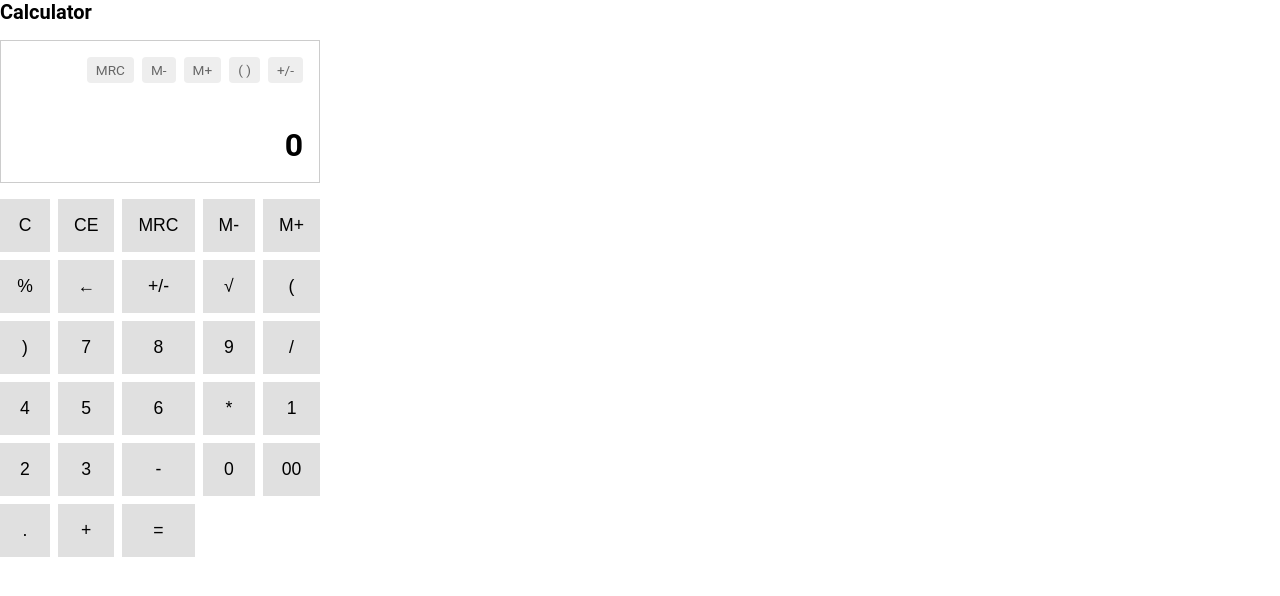
Repository: Denis793/CalculatorNew
Page: index.html
These files come from the project's save history. The page is drawn as it stood at one moment and after the next save; the edit follows.
The browser window is 1280 px wide. The pictures show the whole page.
The style sheet was rebuilt from its Sass, Less or Tailwind sources for each picture, by a compiler version that may differ from the author's.

Above is the page before, as saved 2025-05-17 17:20:19.

After the next save:
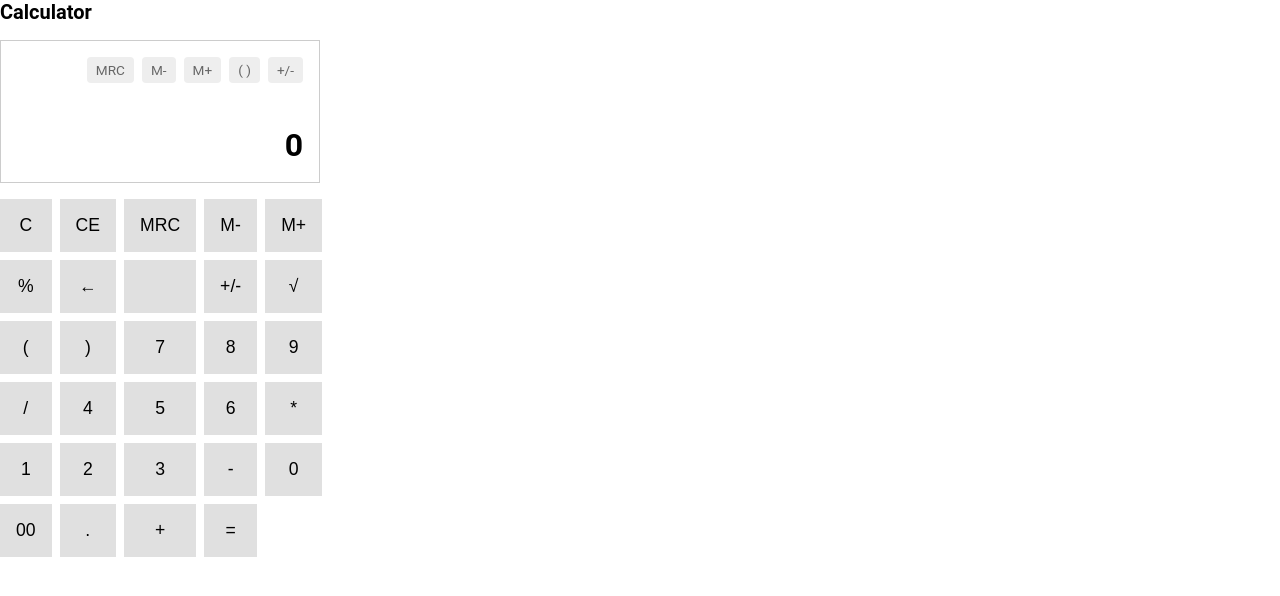
Saved 69 s later.
--- a/index.html
+++ b/index.html
@@ -32,6 +32,7 @@
       <button class="button">M+</button>
       <button class="button">%</button>
       <button class="button">←</button>
+      <button class="button"></button>
       <button class="button">+/-</button>
       <button class="button">√</button>
       <button class="button">(</button>
